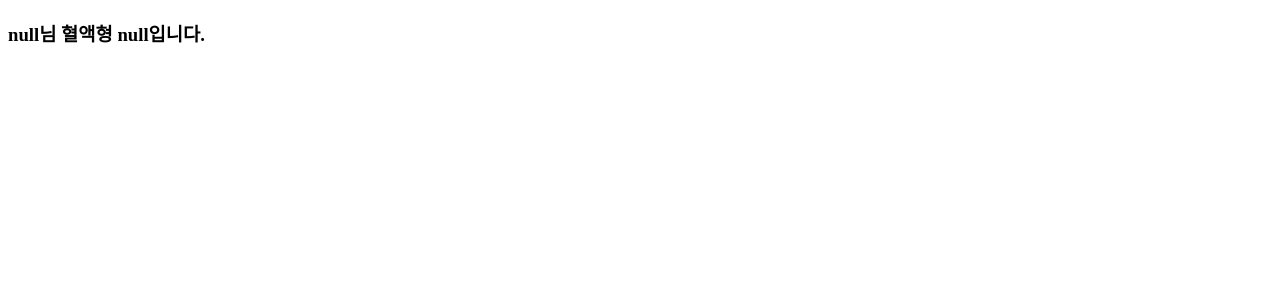
Repository: j-hee-98/Servlet-JSP
Page: http://localhost/WS_0414/A.jsp
The author's editor kept a copy of each file at every save. The page is drawn from the files as they stood at one save, then again after the next save.
The browser window is 1280 px wide. The pictures show the whole page.
The page is served by Tomcat 10.

Above is the page before, as saved 2025-04-14 08:42:04.

After the next save:
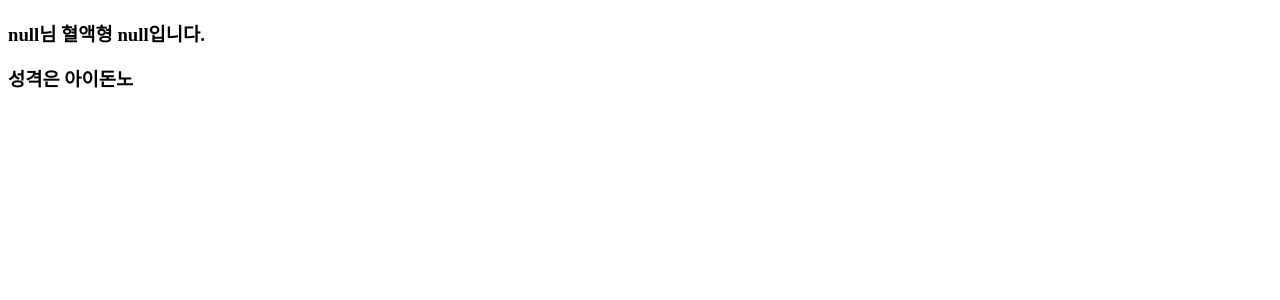
Saved 68 s later.
--- a/WS_0414/src/main/webapp/A.jsp
+++ b/WS_0414/src/main/webapp/A.jsp
@@ -10,6 +10,7 @@
 	<h3>
 	<%=request.getParameter("name") %>님 혈액형 <%=request.getParameter("blood") %>입니다.
 	</h3>
+	<h3>성격은 아이돈노</h3>
 
 </body>
 </html>
